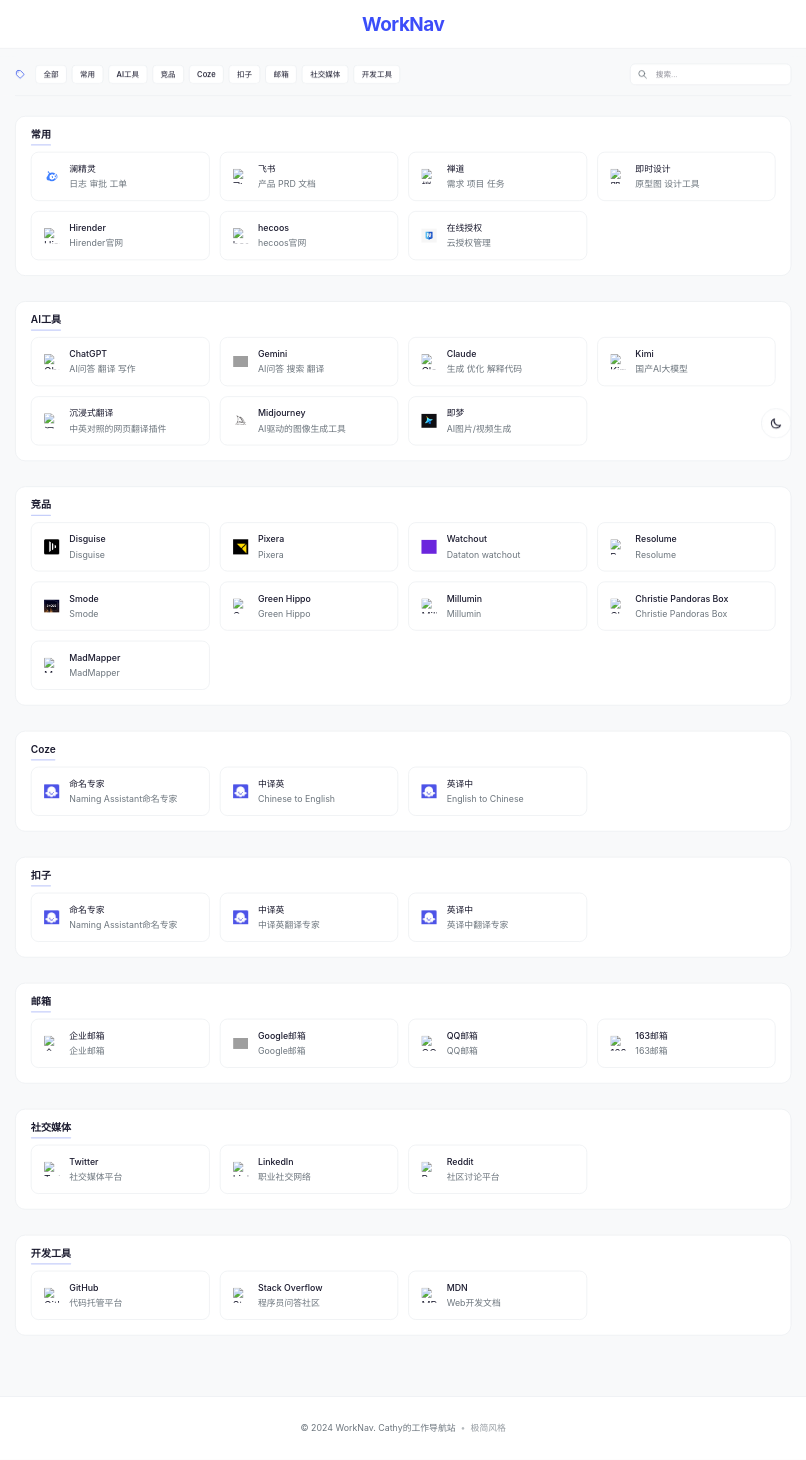
Repository: SweetPomelo0/WorkNav
Page: /
An editor plug-in stored every save of this project. The page is shown before and after the next save, followed by the edit.
The browser window is 1280 px wide. The pictures show the whole page, at 63% of full size.
Pictures or frames that could not be fetched are drawn as grey boxes. The project was rebuilt for these pictures with package versions that can differ from the ones it lists, and the page was loaded fresh each time. The framework's server and built-in components were replaced by stand-ins that run in the browser. Also part of the build but not shown: next.config.ts.

Above is the page before, as saved 2025-07-26 23:34:05.

After the next save:
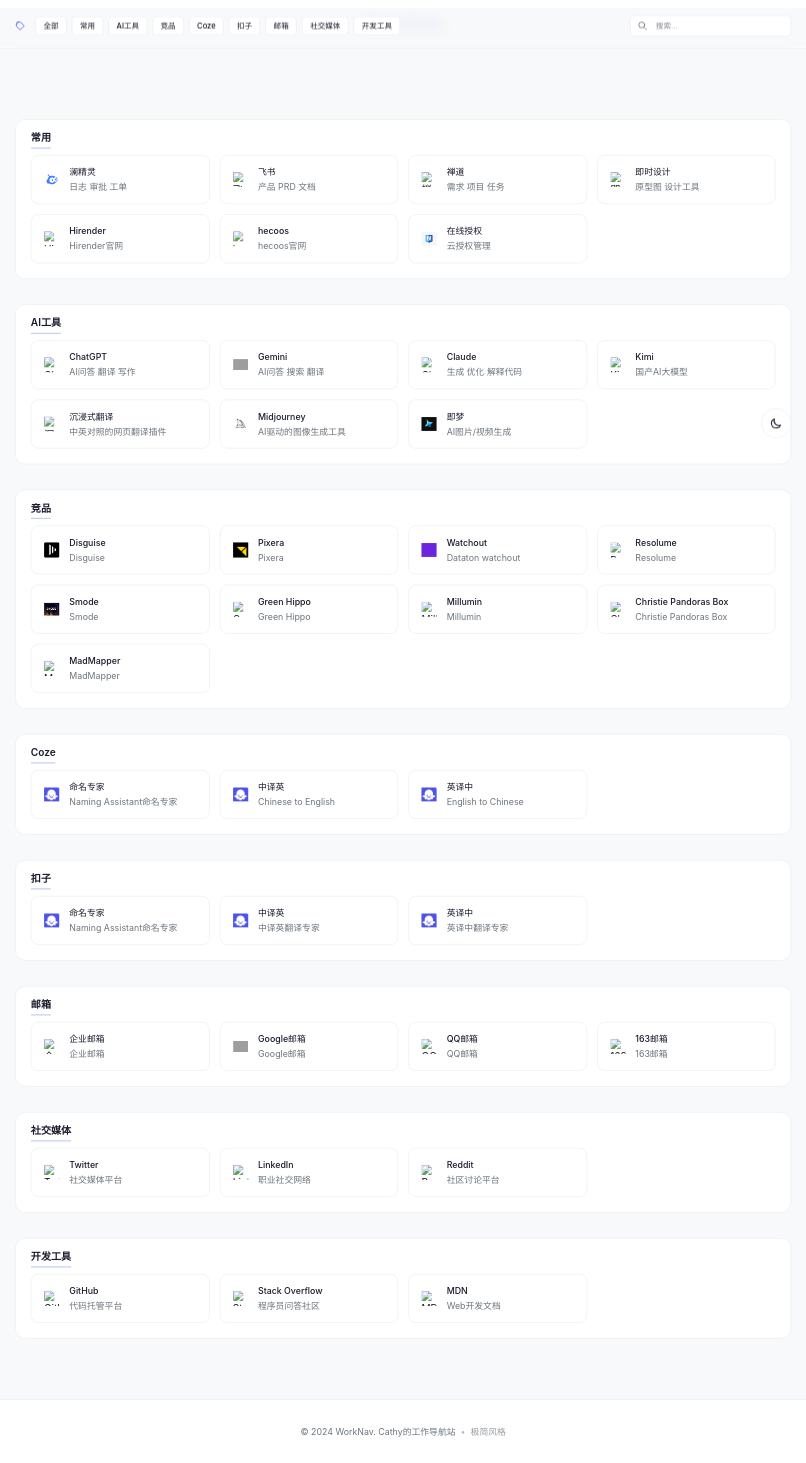
Saved 28 s later.
--- a/src/app/page.tsx
+++ b/src/app/page.tsx
@@ -147,7 +147,7 @@
       </header>
 
       {/* Category Navigation */}
-      <div className="sticky top-0 z-10 mt-3 category-nav-container" style={{ background: 'rgba(var(--background-rgb), 0.9)', backdropFilter: 'blur(10px)' }}>
+      <div className="fixed top-0 left-0 right-0 z-10 mt-3 category-nav-container" style={{ background: 'rgba(var(--background-rgb), 0.9)', backdropFilter: 'blur(10px)' }}>
         <div className="max-w-7xl mx-auto px-4 md:px-6 py-2 md:py-3 overflow-x-auto">
           <div className="flex items-center">
             <div className="flex-shrink-0 mr-3 md:mr-4">
@@ -373,7 +373,7 @@
       </div>
 
       {/* Main Content */}
-       <main className="max-w-7xl mx-auto px-6 py-8">
+       <main className="max-w-7xl mx-auto px-6 py-8" style={{ marginTop: '80px' }}>
          <div className="space-y-10">
            {categories
              .filter(category => selectedCategory === "全部" || category.title === selectedCategory)
